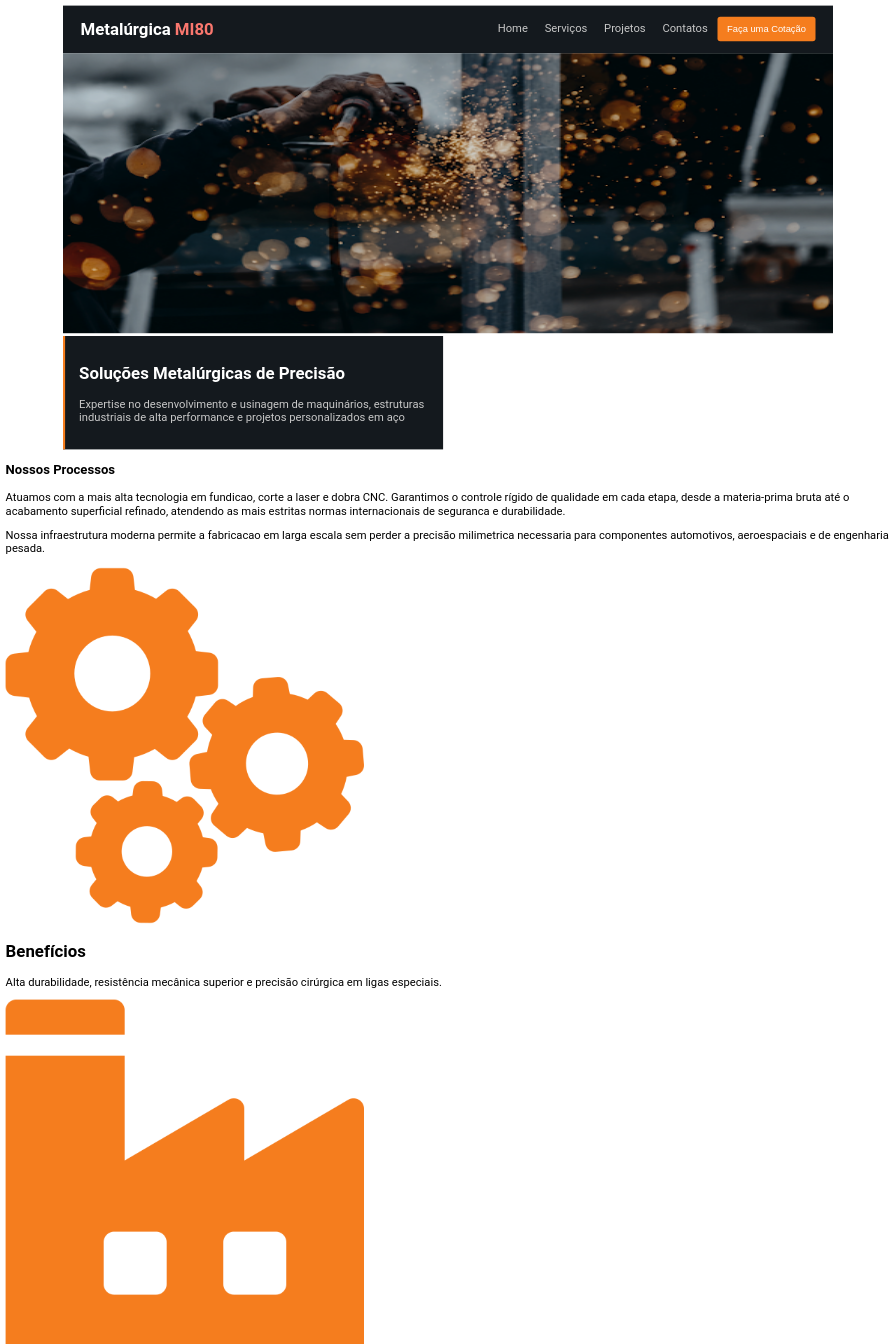
Repository: guiCherpinski/landing-page-metalurgica
Page: index.html
An editor plug-in stored every save of this project. The page is shown before and after a run of saves, followed by the edit.
The browser window is 1280 px wide. The pictures show the part of the page from y = 0 to 1920 px (the page is 6016 px tall), at 70% of full size.

Above is the page before, as saved 2026-06-03 20:03:40.

### index.html
<!DOCTYPE html>
<html lang="pt-br">
<head>
    <meta charset="UTF-8">
    <meta name="viewport" content="width=device-width, initial-scale=1.0">
    <title>Metalúrgica</title>
    <link rel="stylesheet" href="style.css">
</head>
<body>
    <header>
        <nav>
            <h1>Metalúrgica <span>MI80</span></h1>

            <div class = "buttons">
                <a href="/">Home</a>
                <a href="/">Serviços</a>
                <a href="/">Projetos</a>
                <a href="/">Contatos</a>
                <button>Faça uma Cotação</button>
            </div>
        </nav>
    </header>

    <main>
        <section class = "hero-section">
            <img src="./img/homem-serrando.png" alt="Foto de um Soldador">
            <div class = "text-hero">
                <h2>Soluções Metalúrgicas de Precisão</h2>
                <p>Expertise no desenvolvimento e usinagem de maquinários, estruturas industriais de alta performance e projetos personalizados em aço</p>
            </div>
        </section>
    </main>

    <section class = "our-process">

        <h3>Nossos Processos</h3>

        <p>Atuamos com a mais alta tecnologia em fundicao, corte a laser e dobra CNC. Garantimos o
            controle rígido de qualidade em cada etapa, desde a materia-prima bruta até o acabamento
            superficial refinado, atendendo as mais estritas normas internacionais de seguranca e
            durabilidade.
        </p>

        <p>Nossa infraestrutura moderna permite a fabricacao em larga escala sem perder a precisão
            milimetrica necessaria para componentes automotivos, aeroespaciais e de engenharia
            pesada.
        </p>


        <article class = "article-benefits">
            <img src="./img/settings-gears.png" alt="Icone de engrenagens">
            <h2>Benefícios</h2>
            <p>Alta durabilidade, resistência mecânica superior e precisão cirúrgica em ligas especiais.</p>
        </article>

        <article class = "article-process">
            <img src="./img/industry.png" alt="Icone de industria">
            <h2>Processos</h2>
            <p>Usinagem CNC, caldeiraria leve e pesada, corte automatizado de chapas.</p>
        </article>

        <article class = "article-certificates">
            <img src="./img/medal.png" alt="Icone de medalha">
            <h2>Certificações</h2>
            <p>Processos totalmente homologados e auditados sob os padrões da ISO 9001.</p>
        </article>
    </section>

    <section class = "last-projects">
        <h2>Ultimos Projetos</h2>
        <p>✔ Estruturas para Linhas de Montagem </p>
        <p>✔ Peças Sob Medida para Hidrelétricas</p>
        <p>✔ Tubulações de Alta Pressão em Inox</p>
    </section>

    <section class = "certificates">
        <h2>Certificações</h2>
        <p>ISO 9001</p>
        <p>ISO 14001</p>
        <p>OHSAS</p>
        <p>CQI-9</p>
    </section>


    <footer class = "rodape">
        <section>
            <h2>Contact Info</h2>

            <article>
                <img src="./img/placeholder.png" alt="Icone pin">
                <p>Setor Industrial, Galpão 04</p>
            </article>

            <article>
                <img src="./img/phone-call.png" alt="Icone de telefone">
                <p>(31) 6553-3352</p>
            </article>

            <article>
                <img src="./img/email.png" alt="Icone email">
                <p>contato@metalurgica-exemplo.com</p>
            </article>
        </section>

        <section>
            <h2>Quick Links</h2>
            <p>Política de Privacidade</p>
            <p>Trabalhe Conosco</p>
            <p>Portal do Cliente</p>
        </section>

        <section>
            <h2>Social Media</h2>
            <img src="./img/linkedin.png" alt="Icone linkedin">
            <img src="./img/instagram.png" alt="Icone instagram">
            <img src="./img/facebook.png" alt="Icone facebook">
            <img src="./img/youtube.png" alt="Icone youtube">
        </section>
    </footer>


</body>
</html>

### style.css
body{
    font-family: 'Roboto' , sans-serif;
    justify-items: center;
    /*background: #0A0A14;*/
}

header{
    background: #14191E;
    width: 1100px;
}

header h1{
    color: white;
}

header h1 span {
    color: #FA776E;
}

header nav {
    display: flex;
    align-items: center;
    justify-content: space-between;
    margin-left: 25px;
    margin-right: 25px;
}

header nav a {
    margin-left: 10px;
    margin-right: 10px;
    text-decoration: none;
    color: #C8C8C8;
}


header button {
    width:140px;
    height: 35px;
    background: #F57D1E;
    border: none;
    border-radius: 4px;
    color: white;
}

header button:hover{
    cursor: pointer;
    background:#CC5500;
}

.hero-section img{
    width: 1100px;
    height: 400px;
}

.text-hero{
    background: #14191E;
    border-left: 3px solid #F57D1E;
    width: 500px;
    padding: 20px;
    position: relative;
}

.text-hero h2{
    color: white;
}

.text-hero p{
    color: #c8c8c8;
}

After the next 2 saves:
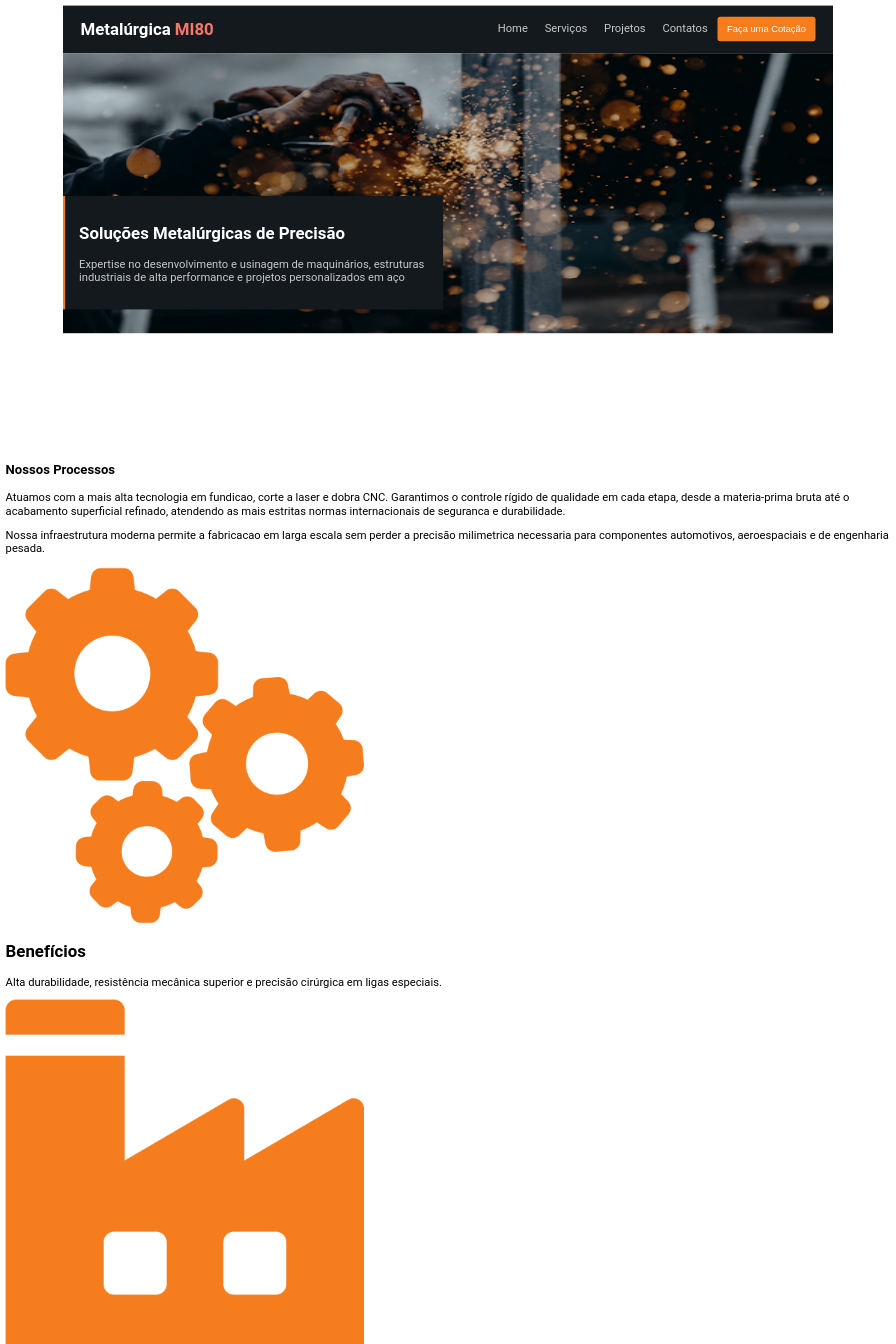
The 2 saves are shown as one change because they came seconds apart.
The last was saved 12 s later.
--- a/style.css
+++ b/style.css
@@ -58,6 +58,7 @@ header button:hover{
     width: 500px;
     padding: 20px;
     position: relative;
+    bottom: 200px;
 }
 
 .text-hero h2{
